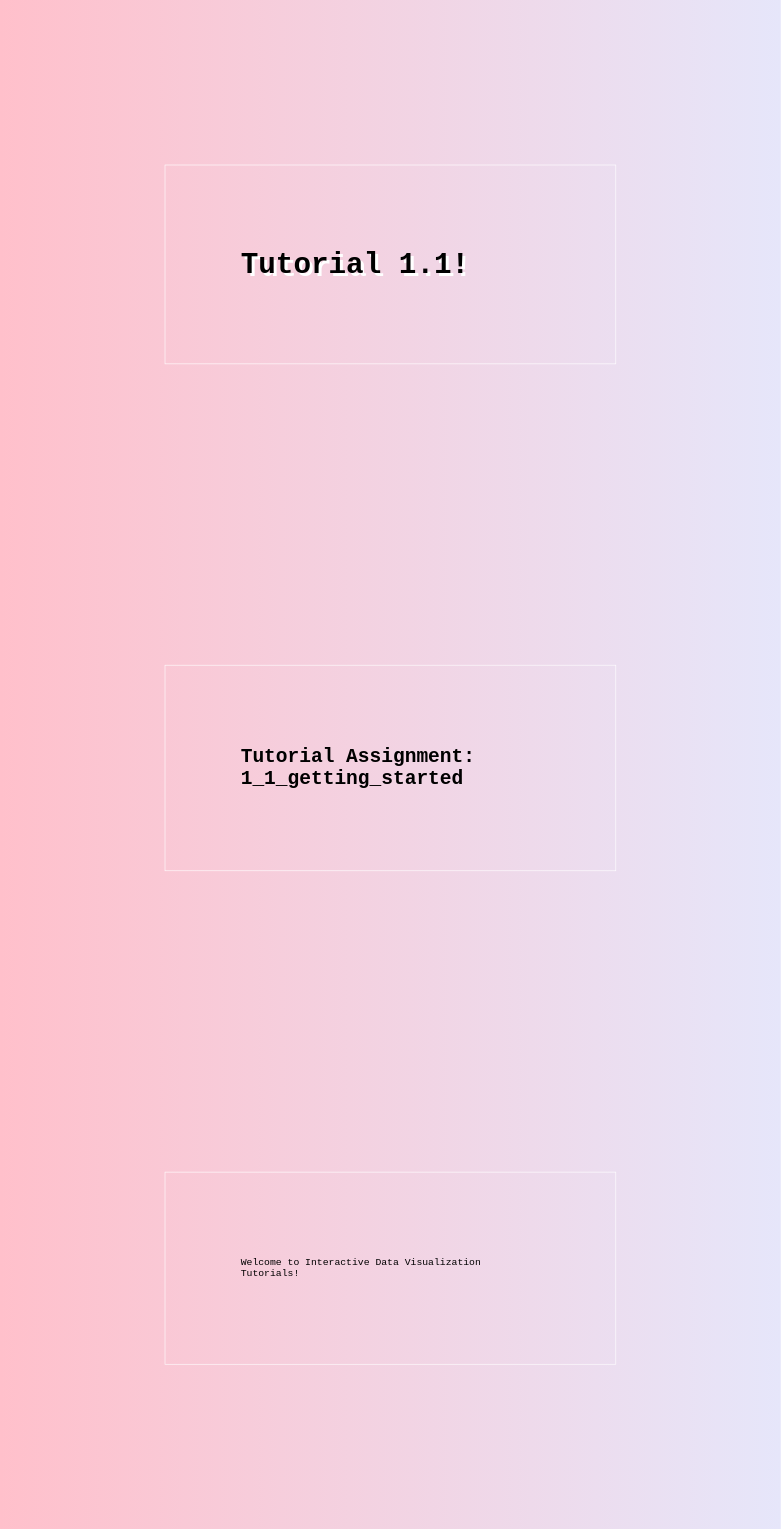
Repository: lisjak/Interactive-Data-Vis-Fall2022
Page: 1_1_getting_started/index.html
An editor plug-in stored every save of this project. The page is shown before and after the next save, followed by the edit.
The browser window is 1280 px wide. The pictures show the whole page, at 61% of full size.
Some web fonts or font styles are not loaded; a fallback is used.

Above is the page before, as saved 2022-09-04 21:53:49.

After the next save:
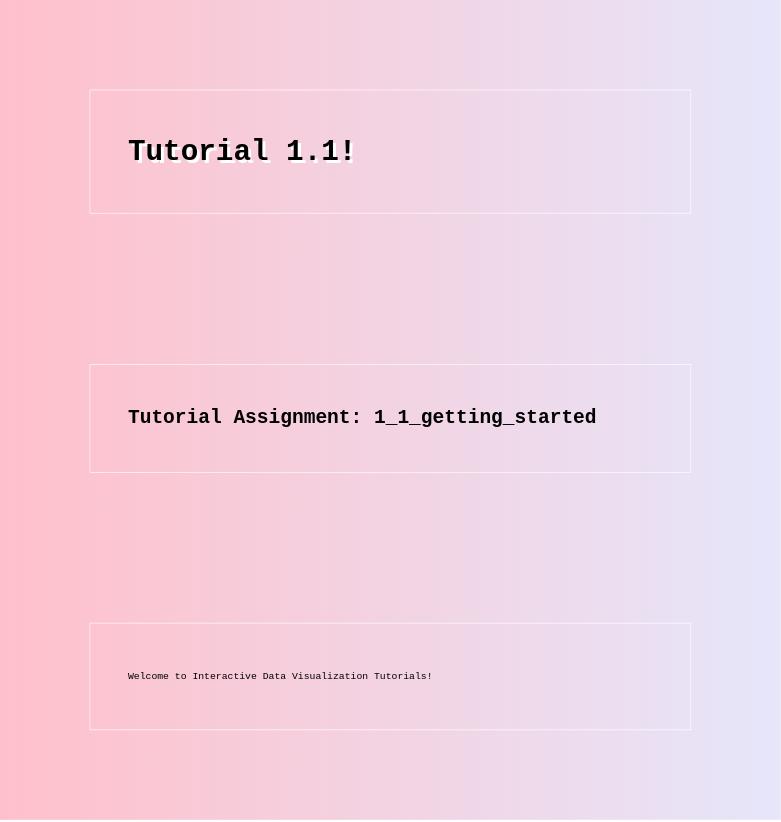
Saved 13 s later.
--- a/1_1_getting_started/style.css
+++ b/1_1_getting_started/style.css
@@ -12,8 +12,8 @@ div {
     align-items: center;
     justify-content: center;
     border: 1px solid white;
-    padding: 10%;
-    margin: 20%;
+    padding: 5%;
+    margin: 10%;
 }
 
 h1 {
